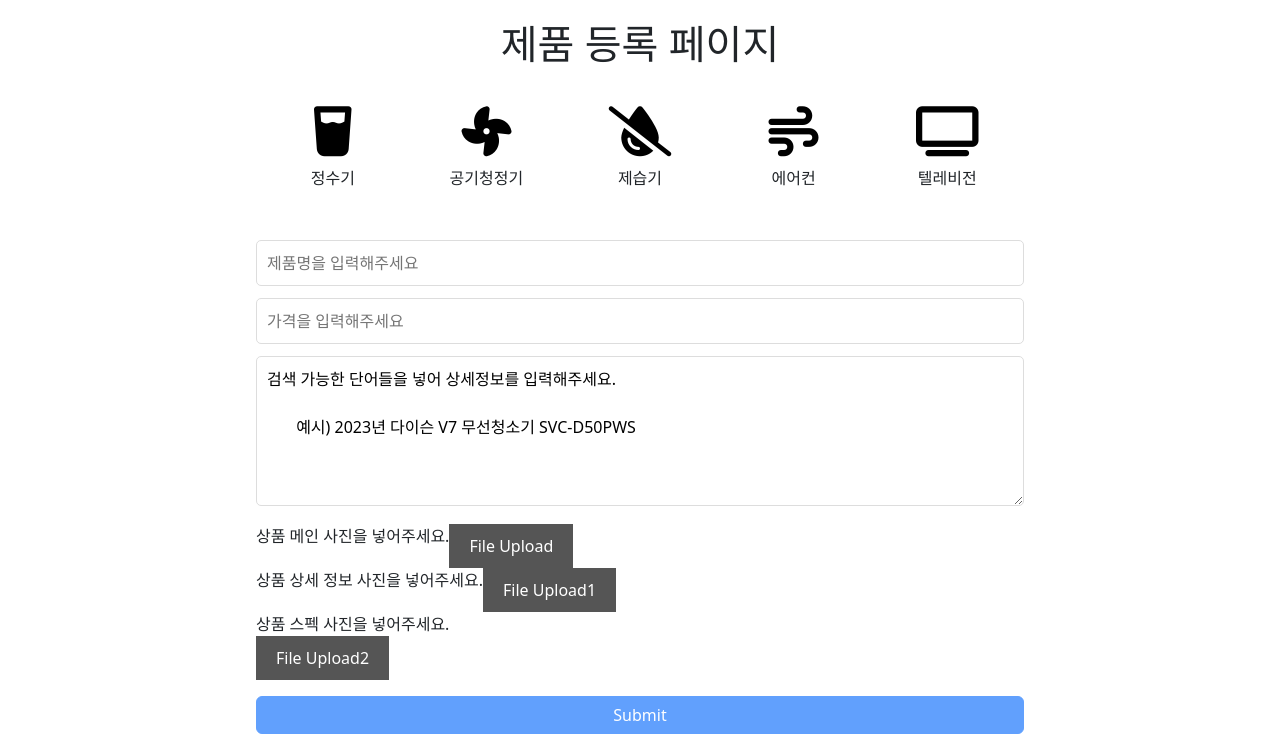
Repository: bbqju13/52si
Page: http://localhost/spring/WEB-INF/views/product/register.jsp
The author's editor kept a copy of each file at every save. The page is drawn from the files as they stood at one save, then again after the next save.
The browser window is 1280 px wide. The pictures show the whole page.
Some web libraries are served in a nearby version. The page is served by Tomcat 9. Nobody is signed in. The template is opened directly, without the code that normally fills it, so the values that code supplies are empty.

Above is the page before, as saved 2023-07-28 05:25:49.

After the next save:
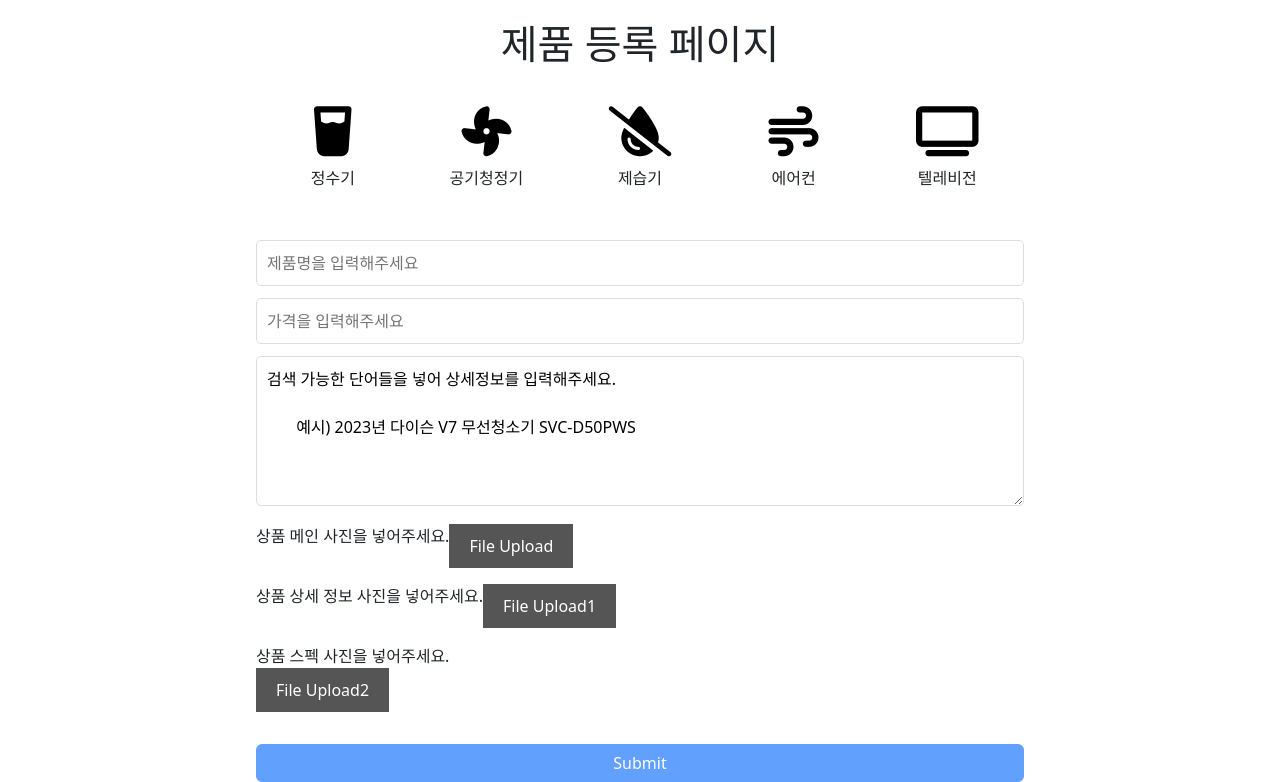
Saved 62 s later.
--- a/spring/src/main/webapp/resources/css/product/register.css
+++ b/spring/src/main/webapp/resources/css/product/register.css
@@ -109,4 +109,5 @@ button:hover {
 
 .fileDiv {
 	display: flex;
+	margin-bottom: 1rem;
 }
